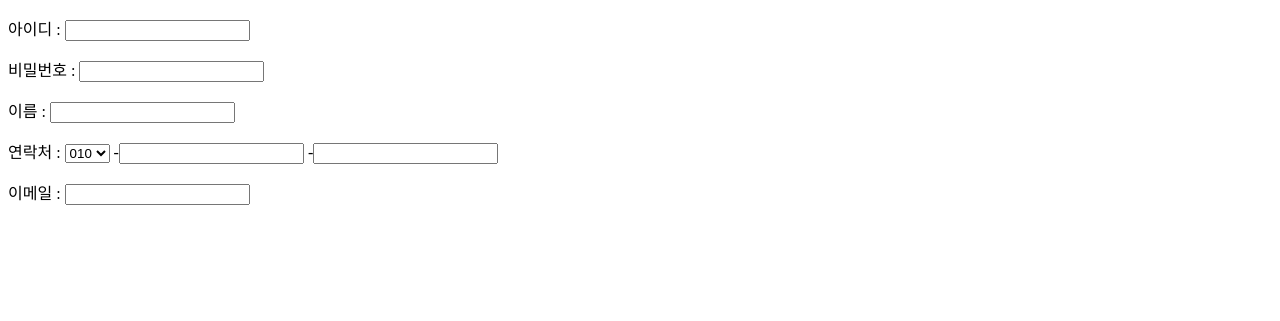
Repository: chanhooop/JSP
Page: http://localhost/Validation/vallidation05.jsp
An editor plug-in stored every save of this project. The page is shown before and after the next save, followed by the edit.
The browser window is 1280 px wide. The pictures show the whole page.
The page is served by Tomcat 9.

Above is the page before, as saved 2021-05-10 07:16:57.

### Validation/src/main/webapp/vallidation05.jsp
<%@ page language="java" contentType="text/html; charset=UTF-8"
    pageEncoding="UTF-8"%>
<!DOCTYPE html>
<html>
<head>
<meta charset="UTF-8">
<title>Insert title here</title>
</head>
<body>
	<form name="loginForm" action="vallidation05_Process.jsp" method="post">
		<p>아이디 : <input type="text" name="id"></p>
		<p>비밀번호 : <input type="password" name="pw"></p>
		<p>이름 : <input type="text" name="name"></p>
		연락처 : <select>
				<option value="010" selected="selected">010</option>
			</select>
		 -<input type="text" name="num2">
		 -<input type="text" name="num3"><br>
		<p>이메일 : <input type="text" name="name"></p>


	</form>

</body>
</html>

After the next save:
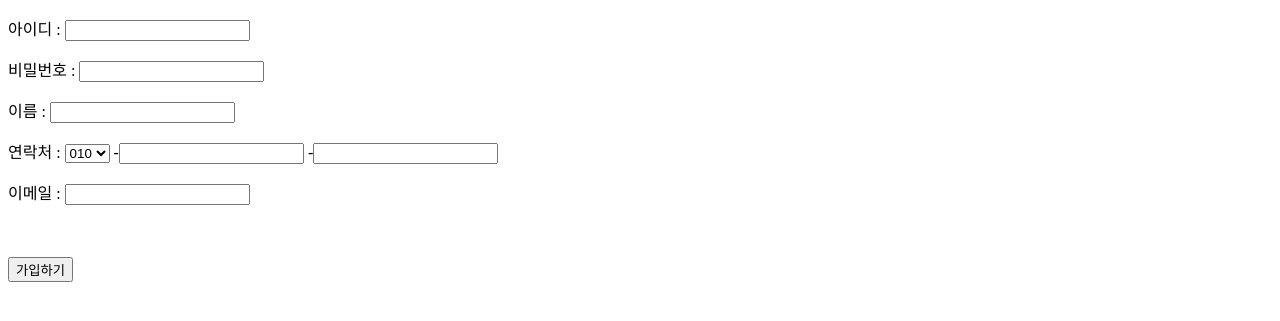
Console error: SyntaxError: Unexpected token ')'
Saved 6 s later.
--- a/Validation/src/main/webapp/vallidation05.jsp
+++ b/Validation/src/main/webapp/vallidation05.jsp
@@ -6,6 +6,14 @@
 <meta charset="UTF-8">
 <title>Insert title here</title>
 </head>
+<script type="text/javascript">
+	function checkLogint() {
+		var form = document.loginForm;
+
+		if(form.)
+
+	}
+</script>
 <body>
 	<form name="loginForm" action="vallidation05_Process.jsp" method="post">
 		<p>아이디 : <input type="text" name="id"></p>
@@ -17,7 +25,8 @@
 		 -<input type="text" name="num2">
 		 -<input type="text" name="num3"><br>
 		<p>이메일 : <input type="text" name="name"></p>
-
+		 <br><br>
+		 <input type="button" value="가입하기" onclick="checkLogin()">
 
 	</form>
 
